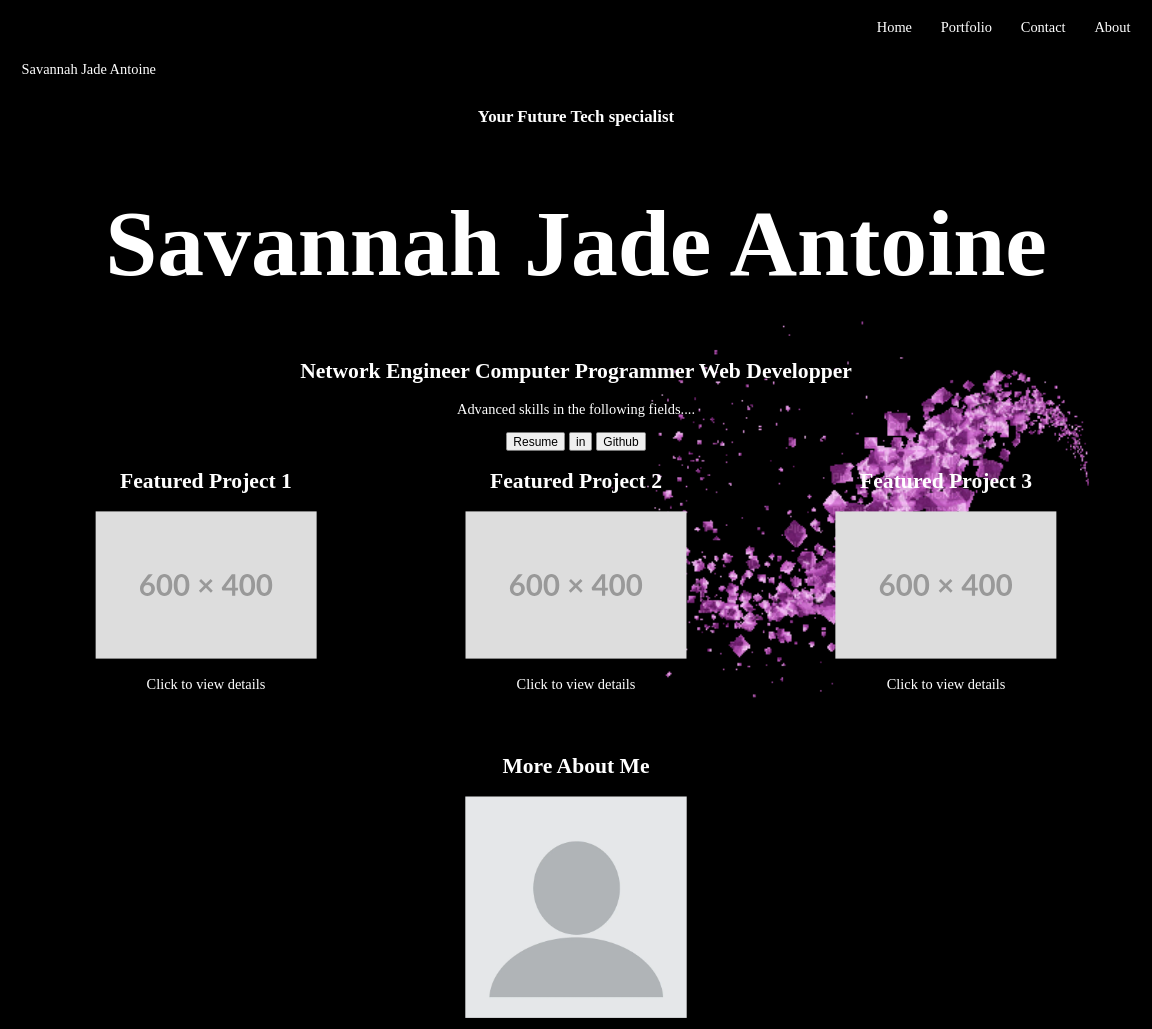
Repository: Savannah-Antoine/Savannah-Antoine
Page: index.html
These files come from the project's save history. The page is drawn as it stood at one moment and after the next save; the edit follows.
The browser window is 1280 px wide. The pictures show the whole page, at 90% of full size.

Above is the page before, as saved 2026-05-08 16:38:59.

### index.html
<!DOCTYPE html>
<html lang="en">
<head>
    <meta charset="UTF-8">
    <meta name="viewport" content="width=device-width, initial-scale=1.0">
    <link rel = "stylesheet" href = "./styles/index.css" />
    <link rel = "stylesheet" href = "./styles/globals.css" />
    <title>Document</title>
</head>
<body>
<header>
    <nav>
        <ul class = "navigation">
  <li><a href="index.html">Home</a></li>
  <li><a href="portfolioPage.html">Portfolio</a></li>
  <li><a href="contact">Contact</a></li>
  <li><a href="about.asp">About</a></li>
</ul>
        <ul class = "homeButton">
           <li><a   href = "index.html">Savannah Jade Antoine</a></li>
        </ul>
</nav>
<h3>Your Future Tech specialist</h3>
<h1> Savannah Jade Antoine</h1>
<h2>Network Engineer Computer Programmer Web Developper</h2>
<p> Advanced skills in the following fields....</p>
<button>Resume</button>
<button>in</button>
<button>Github</button>

</header>
<main class = "container">

<section >
<h2>Featured Project 1</h2>
<img src = "./assets/images/placeholder1.svg" alt = "First Portfolio placeholder image" />
<p>Click to view details</p>

</section>

<section>
<h2>Featured Project 2</h2>
<img src = "./assets/images/placeholder1.svg" alt = "Second Portfolio placeholder image" />
<p>Click to view details</p>
</section>
<section>
<h2>Featured Project 3</h2>
<img src = "./assets/images/placeholder1.svg" alt = "Third Portfolio placeholder image" />
<p>Click to view details</p>
</section>

<section>
<h2>More About Me</h2>
<img src = "./assets/images/profilepic.png" alt = "profile picture" />

</section>

</main>

</body>
</html>

### styles/index.css
.container{
   display:flex;
   flex-direction:column;
    justify-content: center;
    gap:2rem;


}
body h1{
    font-size: 3rem;

}

img{
    width: 65%;
    height:auto;
}

@media screen and (min-width: 768px)
{
    body h1{
    font-size: 6.5rem;
}
    section{

    width: 30%;
}

    .container{
          display:flex;
          flex-direction: row;
          flex-wrap: wrap;
          justify-content: center;

    }
}

@media screen and (min-width: 1000px)
{

}

### styles/globals.css
body {
    background-color: black;
  background-image: url(/assets/images/background-pic.gif);
  background-repeat: no-repeat;
  background-size: cover;
  color: white;
  font-size: 16px;
  text-align: center;
}



.homeButton{
  list-style-type: none;
  margin: 0;
  padding: 0;
  display: flex;
  justify-content: left;

}


.navigation {
  list-style-type: none;
  margin: 0;
  padding: 0;
  display: flex;
  justify-content: right;
}
li a {
  display: block;
  color: white;
  padding: 14px 16px;
  text-decoration: none;
}

ul li a:hover {
  background-color: #be6c6c;
}

After the next save:
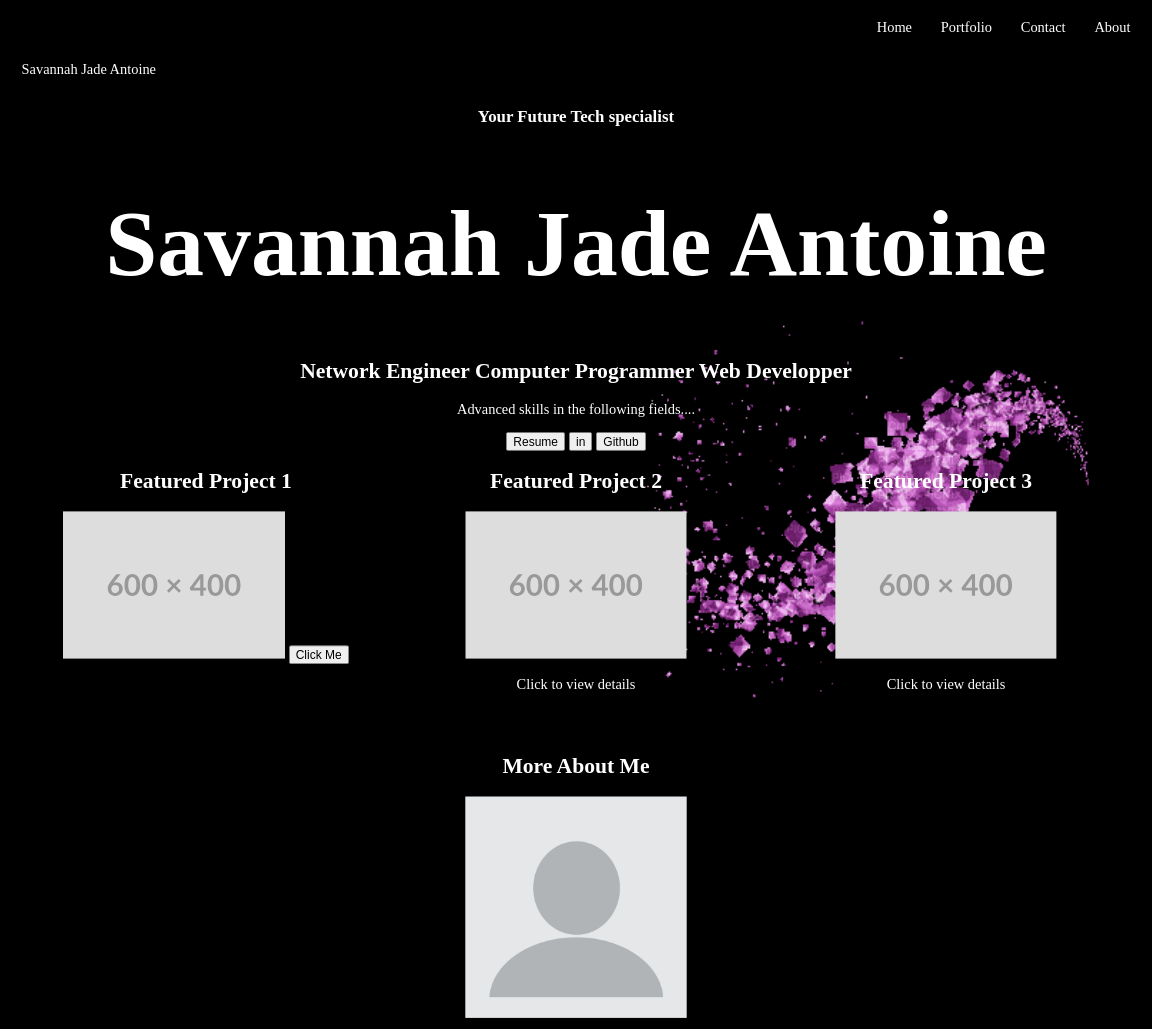
Saved 83 s later.
--- a/index.html
+++ b/index.html
@@ -34,7 +34,9 @@
 <section >
 <h2>Featured Project 1</h2>
 <img src = "./assets/images/placeholder1.svg" alt = "First Portfolio placeholder image" />
-<p>Click to view details</p>
+<button type="button" onclick="alert('Button clicked!')">
+    Click Me
+</button>
 
 </section>
 
